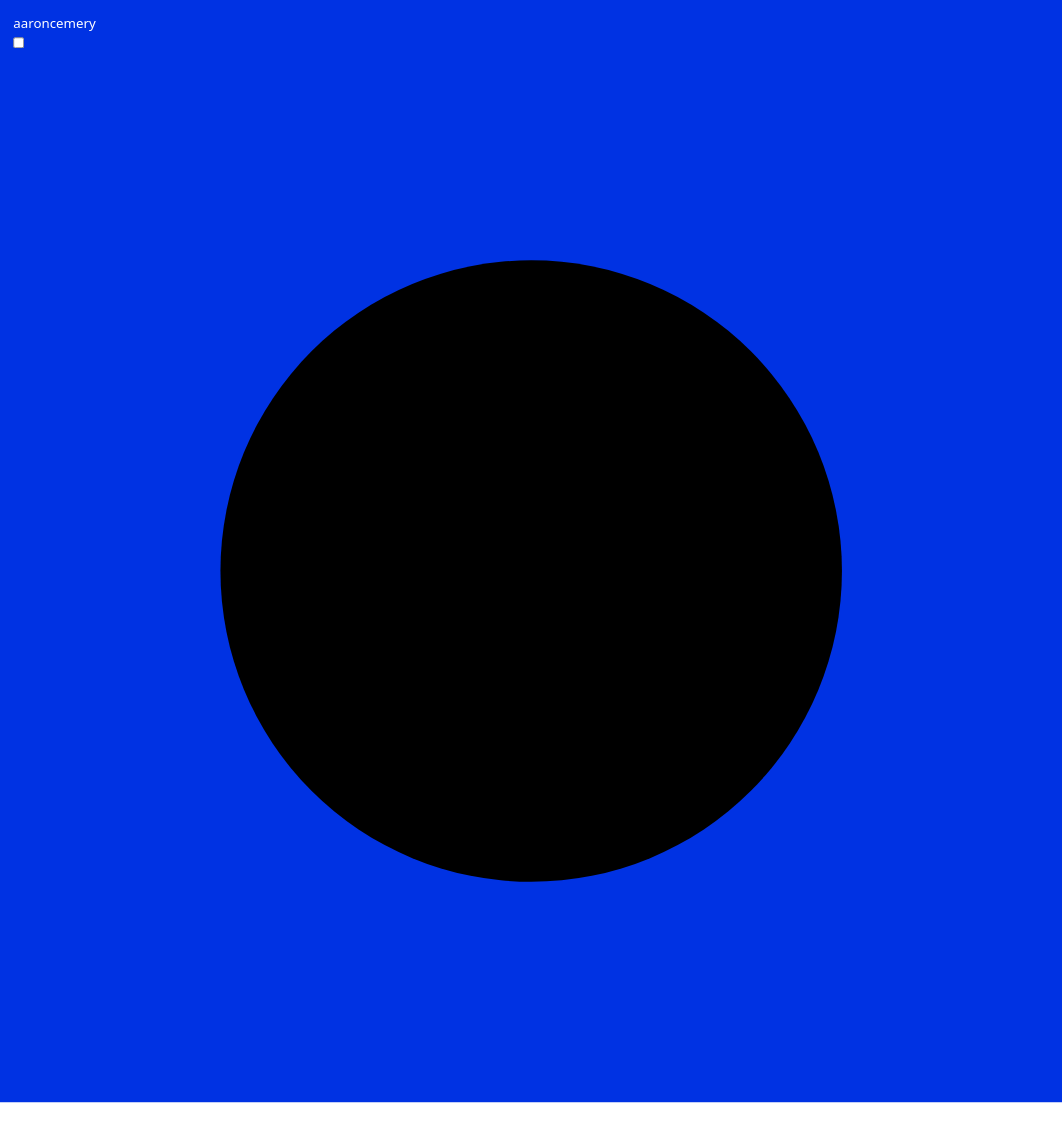
Repository: aaroncemery/aaroncemery-next13
Page: /
These files come from the project's save history. The page is drawn as it stood at one moment and after the next save; the edit follows.
The browser window is 1280 px wide. The pictures show the whole page, at 83% of full size.
The project was rebuilt for these pictures with package versions that can differ from the ones it lists, and the page was loaded fresh each time. The framework's server and built-in components were replaced by stand-ins that run in the browser. Also part of the build but not shown: next.config.js.

Above is the page before, as saved 2022-11-24 19:34:35.

After the next save:
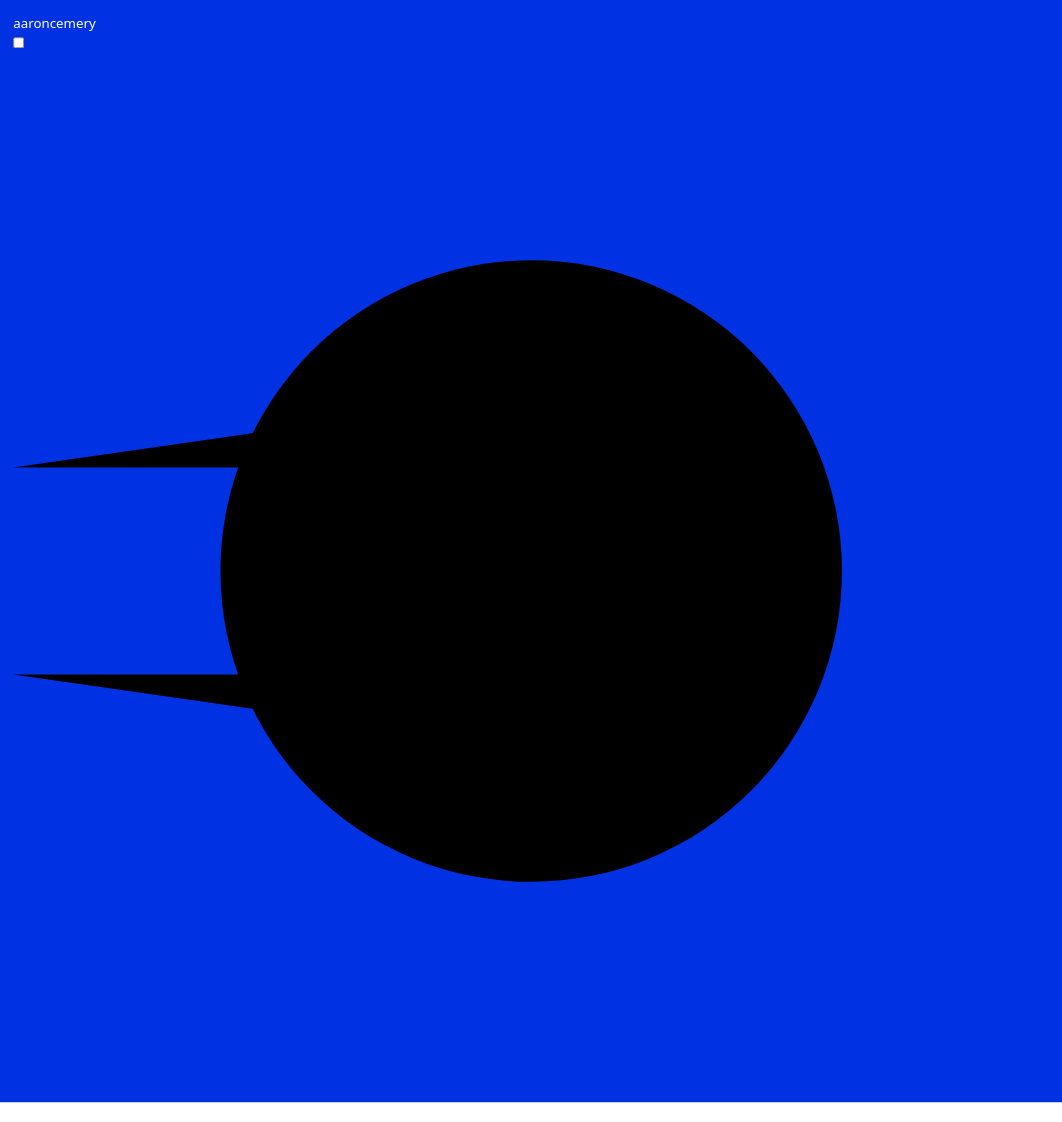
Saved 32 s later.
--- a/components/ui/buttons.tsx
+++ b/components/ui/buttons.tsx
@@ -12,10 +12,9 @@
           <input type="checkbox" onClick={toggle} />
           <svg viewBox="0 0 100 100">
             <circle cx="50" cy="50" r="30" />
-            <path className="line line--1" d="M 50 50 L 80 50" />
-            <path className="line line--2" d="M 50 50 L 20 50" />
-            <path className="line line--3" d="M 50 50 L 50 80" />
-            <path className="line line--4" d="M 50 50 L 50 20" />
+            <path class="line--1" d="M0 40h62c13 0 6 28-4 18L35 35" />
+            <path class="line--2" d="M0 50h70" />
+            <path class="line--3" d="M0 60h62c13 0 6-28-4-18L35 65" />
           </svg>
         </label>
       </div>
